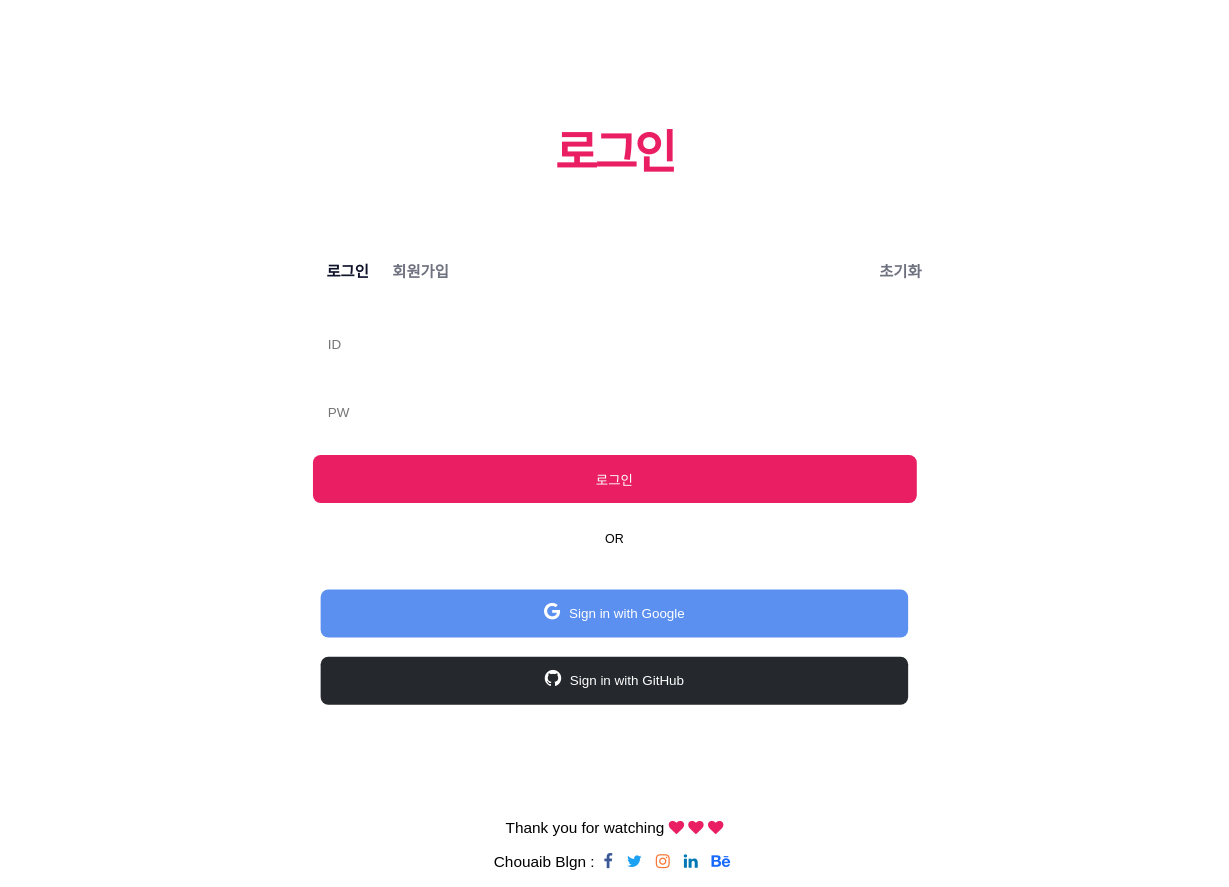
Repository: min7385/2025_moaLook_project
Page: http://localhost/moaLook/WEB-INF/views/member/registView.jsp
An editor plug-in stored every save of this project. The page is shown before and after the next save, followed by the edit.
The browser window is 1280 px wide. The pictures show the whole page, at 96% of full size.
The page is served by Tomcat 9. Nobody is signed in. Other server files are loaded and not shown. The template is opened directly, without the code that normally fills it, so the values that code supplies are empty.

Above is the page before, as saved 2025-04-11 03:04:37.

### moaLook/src/main/webapp/WEB-INF/views/member/registView.jsp
<%--
/**
 * <pre>
 * 1. 프로젝트명 : moa Look
 * 2. 작성일 : 2025. 4. 8. 오후 12:52:07
 * 3. 작성자 : Kmh
 * 4. 화면ID :
 * 5. 화면명 : 회원가입 화면
 * 6. 설명 : 회원가입 화면
 * </pre>
 */
--%>
<%@ taglib uri="http://java.sun.com/jsp/jstl/core" prefix="c" %>
<%@ page language="java" contentType="text/html; charset=UTF-8" pageEncoding="UTF-8"%>
<!DOCTYPE html>
<html>
<head>
	<meta charset="UTF-8">
	<title>회원가입</title>

	<script src="https://code.jquery.com/jquery-3.6.0.min.js"></script>
	<!-- 정적 리소스 연결 (CSS 등) -->
 	<link rel="stylesheet" href="${pageContext.request.contextPath}/resources/css/registView.css">
  	<link rel="stylesheet" href="https://cdnjs.cloudflare.com/ajax/libs/font-awesome/4.7.0/css/font-awesome.min.css">

</head>
<body>
	<div class="container">
		<!-- Heading -->
		<h1>로그인</h1>

		<!-- Links -->
		<ul class="links">
			<li><a href="#" id="signin">로그인</a></li>
			<li><a href="#" id="signup">회원가입</a></li>
			<li><a href="#" id="reset">초기화</a></li>
		</ul>

		<!-- Form -->
		<form action="${pageContext.request.contextPath}/registDo" method="post">
			<!-- email input -->
			<div class="first-input input__block first-input__block">
				<input type="text" placeholder="ID" class="input" id="id" name="id" required />
			</div>
			<!-- password input -->
			<div class="input__block">
				<input type="password" placeholder="PW" class="input" id="pw" name="pw" required />
			</div>
			<!-- repeat password input -->
			<div class="input__block">
				<input type="text" placeholder="닉네임" class="input" id="name" name="name" style="display: none; opacity: 0;" />
			</div>
			<!-- sign in button -->
			<button type="submit" class="signin__btn">로그인</button>
		</form>

		<!-- separator -->
		<div class="separator">
			<p>OR</p>
		</div>

		<!-- social buttons -->
		<button class="google__btn">
			<i class="fa fa-google"></i>
			Sign in with Google
		</button>
		<button class="github__btn">
			<i class="fa fa-github"></i>
			Sign in with GitHub
		</button>
	</div>

	<!-- Footer -->
	<footer>
		<p>
			Thank you for watching
			<i class="fa fa-heart"></i>
			<i class="fa fa-heart"></i>
			<i class="fa fa-heart"></i>
		</p>
		<p>
			Chouaib Blgn :
			<a href="https://www.facebook.com/chouaib45"><i class="fa fa-facebook"></i></a>
			<a href="http://twitter.com/chouaibblgn45"><i class="fa fa-twitter"></i></a>
			<a href="http://instagram.com/chouaib_blgn"><i class="fa fa-instagram"></i></a>
			<a href="http://linkedin.com/in/chouaibblgn/"><i class="fa fa-linkedin"></i></a>
			<a href="https://www.behance.net/geek30"><i class="fa fa-behance"></i></a>
		</p>
	</footer>

	<!-- JS 파일 -->
	<script src="${pageContext.request.contextPath}/resources/js/registView.js"></script>

</body>
</html>

### moaLook/src/main/webapp/resources/css/registView.css
@charset "UTF-8";
body{
  font-family: 'Montserrat', sans-serif;
  background:white;
}

.container{
  display:block;
  max-width:680px;
  width:80%;
  margin:120px auto;
}

h1{
  color:#e91e63;
  font-size:48px;
  letter-spacing:-3px;
  text-align:center;
  margin:120px 0 80px 0 ;
  transition:.2s linear;
}

.links{
  list-style-type:none;
  li{
     display:inline-block;
     margin:0 20px 0 0;
     transition:.2s linear;
     &:nth-child(2){
        opacity : .6;
        &:hover{
           opacity : 1;
        }
     }
     &:nth-child(3){
        opacity : .6;
        float:right;
         &:hover{
           opacity : 1;
         }
     }
     a{
        text-decoration:none;
        color:#0f132a;
        font-weight:bolder;
        text-align:center;
        cursor : pointer;
     }
   }
}


form{
  width:100%;
  max-width:680px;
  margin:40px auto 10px;
  .input__block{
     margin:20px auto;
     display:block;
     position:relative;
     &.first-input__block{
        &::before{
          content:"";
          position:absolute;
          top:-15px;
          left:50px;
          display:block;
          width:0;
          height:0;
        background:transparent;
          border-left:15px solid transparent;
          border-right:15px solid transparent;
          border-bottom:15px solid rgba(#0f132a,.1);
          transition:.2s linear;
        }
     }
     &.signup-input__block{
      &::before{
        content:"";
        position:absolute;
        top:-15px;
        left:150px;
        display:block;
        width:0;
        height:0;
        background:transparent;
        border-left:15px solid transparent;
        border-right:15px solid transparent;
        border-bottom:15px solid rgba(#0f132a,.1);
        transition:.2s linear;
        }
     }
     input{
        display:block;
        width:90%;
        max-width:680px;
        height:50px;
        margin:0 auto;
        border-radius:8px;
        border:none;
        background: rgba(#0f132a,.1);
        color : rgba(#0f132a,.3);
        padding:0 0 0 15px;
        font-size:14px;
        font-family: 'Montserrat', sans-serif;
        &:focus,
        &:active{
          outline:none;
          border:none;
          color : rgba(#0f132a,1);
        }
       &.repeat__password{
         opacity : 0;
         display : none;
         transition:.2s linear;
       }
     }
  }

  .signin__btn{
     background:#e91e63;
     color:white;
     display:block;
     width:92.5%;
     max-width:680px;
     height:50px;
     border-radius:8px;
     margin:0 auto;
     border:none;
     cursor:pointer;
     font-size:14px;
     font-family: 'Montserrat', sans-serif;
     box-shadow:0 15px 30px rgba(#e91e63,.36);
    transition:.2s linear;
    &:hover{
      box-shadow:0 0 0 rgba(#e91e63,.0);
    }
  }
}

.separator{
  display:block;
  margin:30px auto 10px;
  text-align:center;
  height:40px;
  position:relative;
  background:transparent;
  color: rgba(#0f132a,.4);
  font-size:13px;
  width:90%;
  max-width:680px;
  &::before{
    content:"";
    position:absolute;
    top:8px;
    left:0;
    background: rgba(#0f132a,.2);
    height:1px;
    width:45%;
  }
  &::after{
    content:"";
    position:absolute;
    top:8px;
    right:0;
    background: rgba(#0f132a,.2);
    height:1px;
    width:45%;
  }
}

.google__btn,
.github__btn{
   display:block;
   width:90%;
   max-width:680px;
   margin:20px auto;
   height:50px;
   cursor:pointer;
   font-size:14px;
   font-family: 'Montserrat', sans-serif;
   border-radius:8px;
   border:none;
   line-height:40px;
   &.google__btn{
      background:#5b90f0;
      color:white;
      box-shadow:0 15px 30px rgba(#5b90f0,.36);
      transition:.2s linear;
      .fa{
          font-size:20px;
          padding:0 5px 0 0 ;
      }
     &:hover{
       box-shadow:0 0 0 rgba(#5b90f0,.0);
     }
   }
   &.github__btn{
      background:#25282d;
      color:white;
      box-shadow:0 15px 30px rgba(#25282d,.36);
      transition:.2s linear;
      .fa{
          font-size:20px;
          padding:0 5px 0 0 ;
      }
     &:hover{
       box-shadow:0 0 0 rgba(#25282d,.0);
     }
   }
}

footer{
  p{
    text-align:center;
    .fa{
      color: #e91e63;
    }
    a{
      text-decoration:none;
      font-size:17px;
      margin:0 5px;
      .fa-facebook{
         color:#3b5998;
      }
      .fa-twitter{
         color:#1da1f2;
      }
      .fa-instagram{
        color:#f77737;
      }
      .fa-linkedin{
        color:#0077b5;
      }
      .fa-behance{
        color:#1769ff;
      }
    }

  }
}

### moaLook/src/main/webapp/WEB-INF/inc/footer.jsp
<%--
/**
 * <pre>
 * 1. 프로젝트명 : moaLook
 * 2. 작성일 : 2025. 4. 11. 오전 11:49:45
 * 3. 작성자 : kmh
 * 4. 화면ID :
 * 5. 화면명 : footer
 * 6. 설명 : 각 페이지의 공통된 footer
 * </pre>
 */
--%>
<%@ taglib uri="http://java.sun.com/jsp/jstl/core" prefix="c" %>
<%@ page language="java" contentType="text/html; charset=UTF-8" pageEncoding="UTF-8"%>
<!-- footer -->
<footer class="py-5 bg-dark">
    <div class="container">
    	<p class="m-0 text-center text-white">Copyright &copy; Your Website 2025</p>
<!-- 		<p>Thank you for watching
			<i class="fa fa-heart"></i>
			<i class="fa fa-heart"></i>
			<i class="fa fa-heart"></i>
		</p>
		<p>Chouaib Blgn :
			<a href="https://www.facebook.com/chouaib45"><i class="fa fa-facebook"></i></a>
			<a href="http://instagram.com/chouaib_blgn"><i class="fa fa-instagram"></i></a>
		</p> -->
	</div>
</footer>

Loaded but not shown: moaLook/src/main/webapp/resources/js/registView.js (no copy from this time; the picture is the same without it)

After the next save:
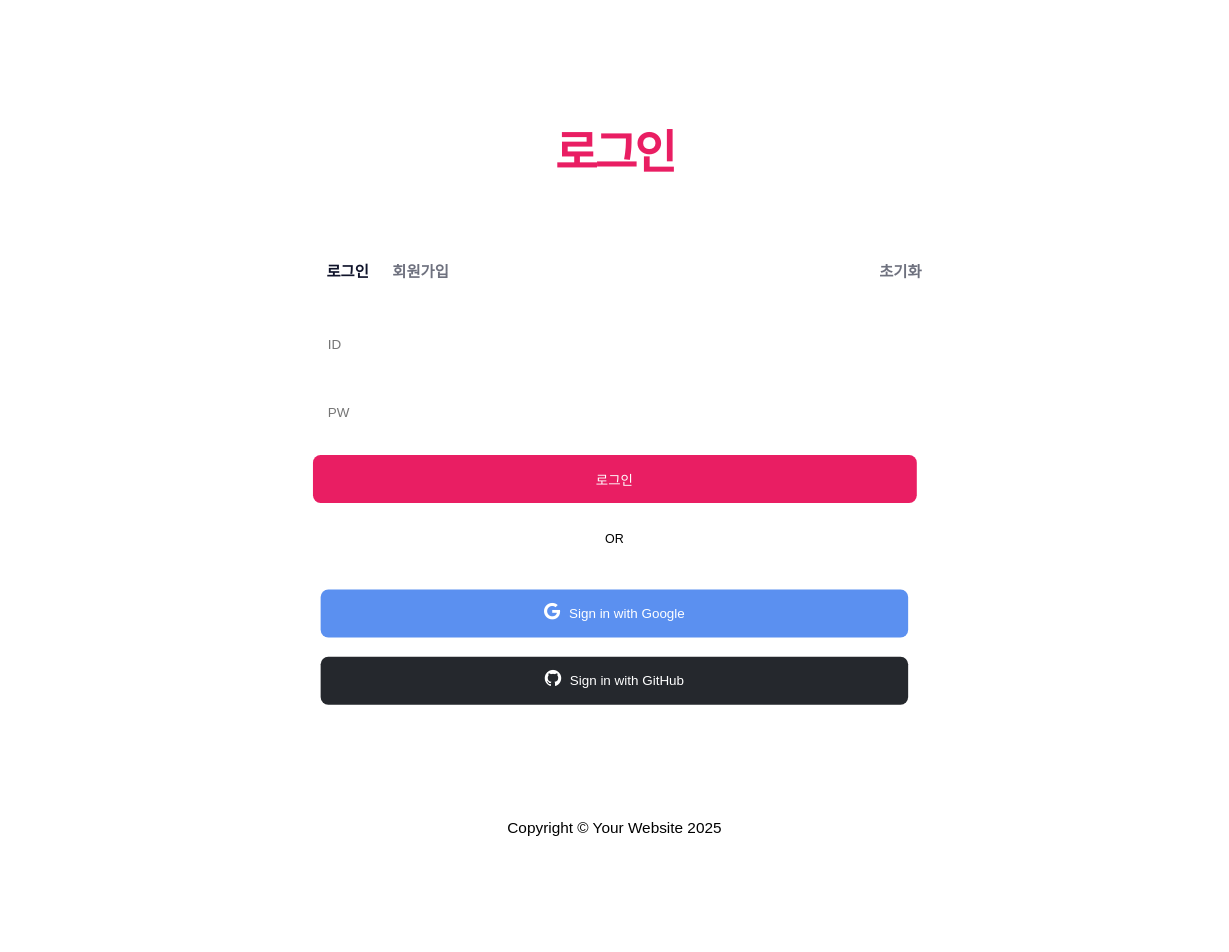
Saved 39 s later.
--- a/moaLook/src/main/webapp/WEB-INF/views/member/registView.jsp
+++ b/moaLook/src/main/webapp/WEB-INF/views/member/registView.jsp
@@ -70,23 +70,7 @@
 		</button>
 	</div>
 
-	<!-- Footer -->
-	<footer>
-		<p>
-			Thank you for watching
-			<i class="fa fa-heart"></i>
-			<i class="fa fa-heart"></i>
-			<i class="fa fa-heart"></i>
-		</p>
-		<p>
-			Chouaib Blgn :
-			<a href="https://www.facebook.com/chouaib45"><i class="fa fa-facebook"></i></a>
-			<a href="http://twitter.com/chouaibblgn45"><i class="fa fa-twitter"></i></a>
-			<a href="http://instagram.com/chouaib_blgn"><i class="fa fa-instagram"></i></a>
-			<a href="http://linkedin.com/in/chouaibblgn/"><i class="fa fa-linkedin"></i></a>
-			<a href="https://www.behance.net/geek30"><i class="fa fa-behance"></i></a>
-		</p>
-	</footer>
+	<jsp:include page="/WEB-INF/inc/footer.jsp"></jsp:include>
 
 	<!-- JS 파일 -->
 	<script src="${pageContext.request.contextPath}/resources/js/registView.js"></script>
